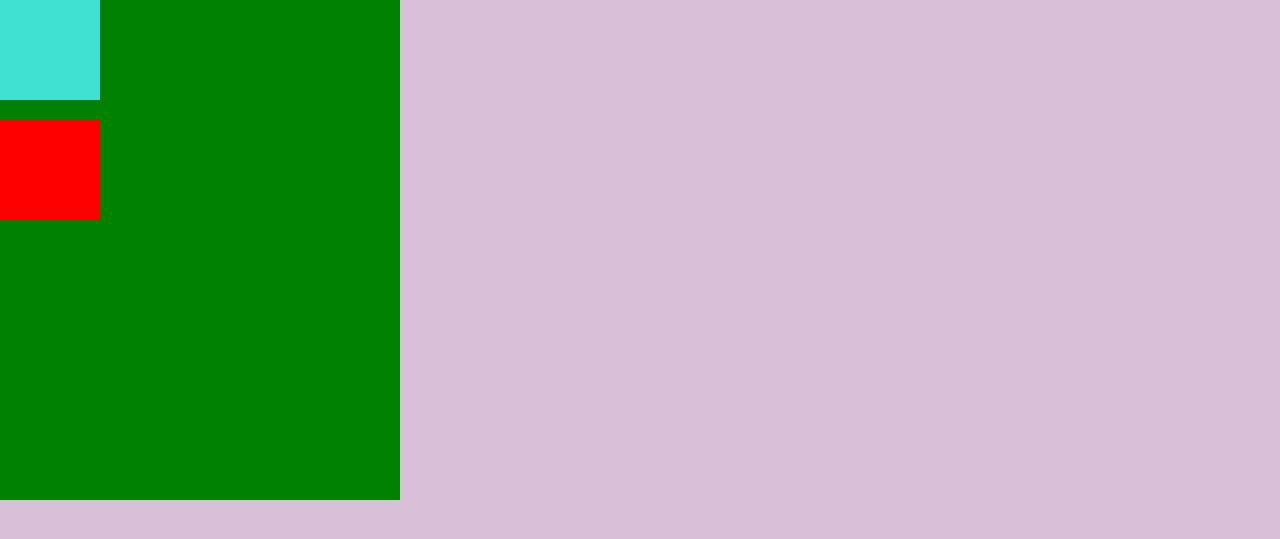
Repository: AytacSafarova/Task-12
Page: index.html
An editor plug-in stored every save of this project. The page is shown before and after the next save, followed by the edit.
The browser window is 1280 px wide. The pictures show the whole page.

Above is the page before, as saved 2023-08-16 16:07:51.

After the next save:
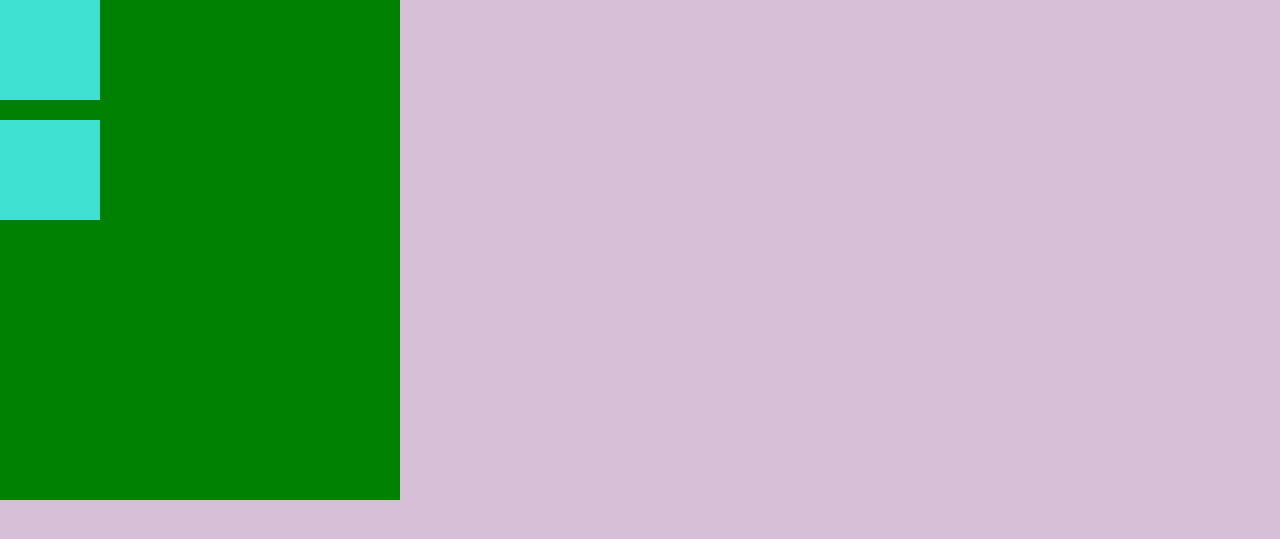
Saved 9 s later.
--- a/index.css
+++ b/index.css
@@ -23,9 +23,11 @@
 /* static */
 /* relative */
 .child-3{
-    /* /* position: relative; */
+    /* position: relative;
     left: 20px;
     top: 30px; */
+    position: relative;
+    z-index: 1;
 }
 .box{
     width: 400px;

After the save that followed:
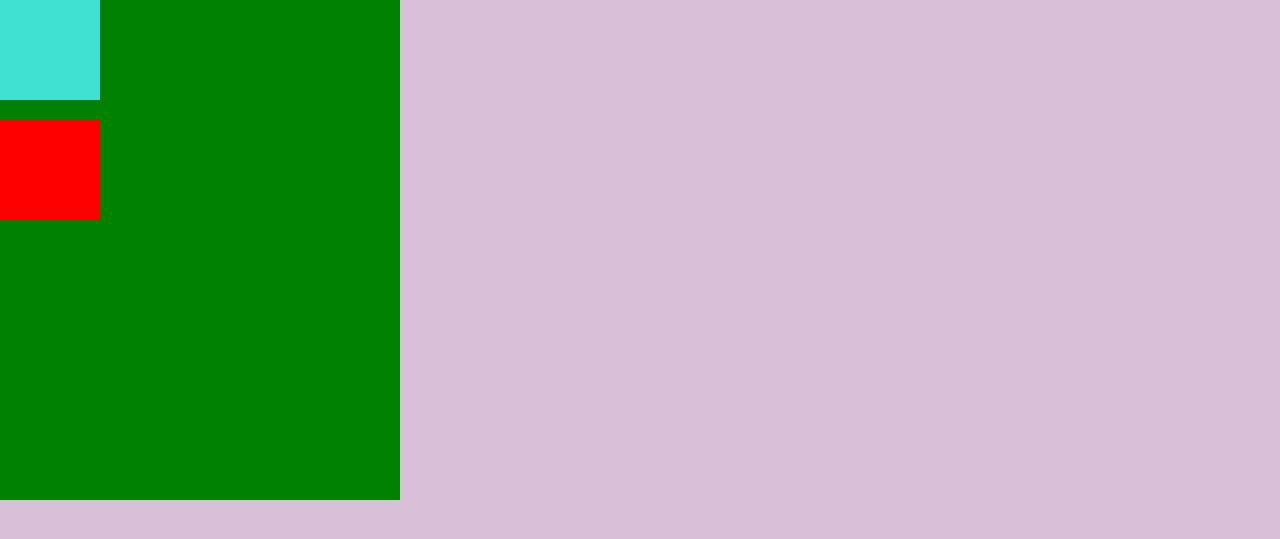
Saved 10 s later.
--- a/index.css
+++ b/index.css
@@ -26,8 +26,8 @@
     /* position: relative;
     left: 20px;
     top: 30px; */
-    position: relative;
-    z-index: 1;
+    /* position: relative;
+    z-index: 1; */
 }
 .box{
     width: 400px;
